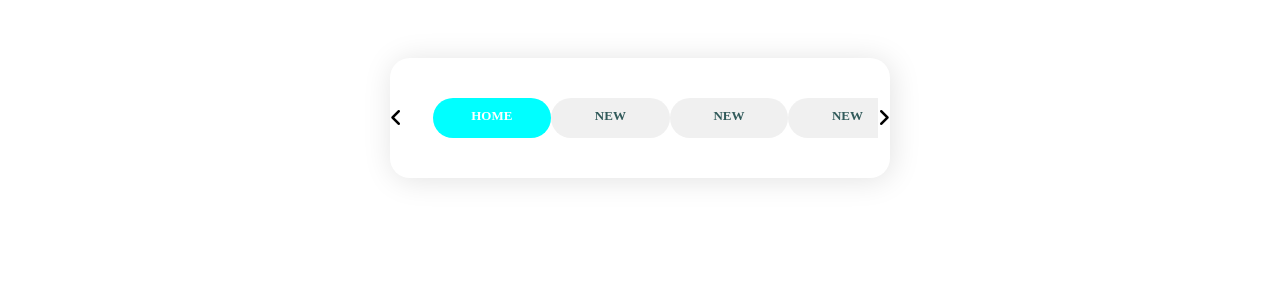
Repository: KHANHD192/JS_evondev
Page: eondev/tab_scroll/index.html
These files come from the project's save history. The page is drawn as it stood at one moment and after the next save; the edit follows.
The browser window is 1280 px wide. The pictures show the whole page.

Above is the page before, as saved 2023-05-30 21:23:53.

After the next save:
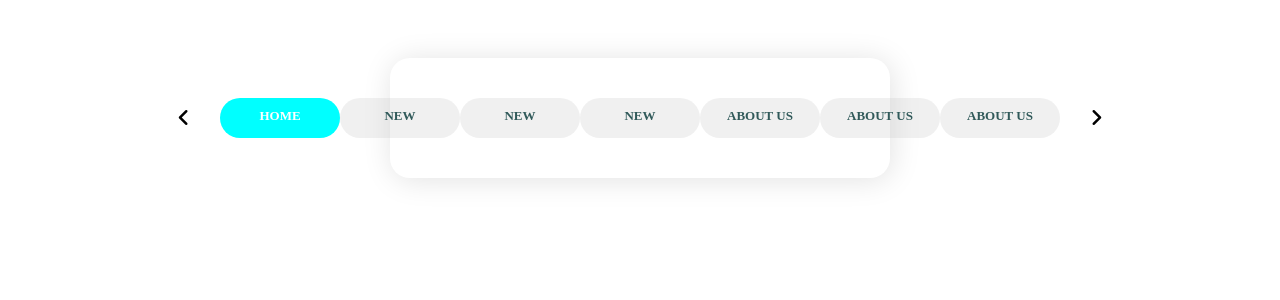
Saved 69 s later.
--- a/eondev/tab_scroll/index.html
+++ b/eondev/tab_scroll/index.html
@@ -42,7 +42,7 @@
         justify-content: center;
         align-items:center;
        }
-       .tab_list{
+       .list_content{
         width: 100%;
         margin-top: 2rem;
         overflow: auto;

After the save that followed:
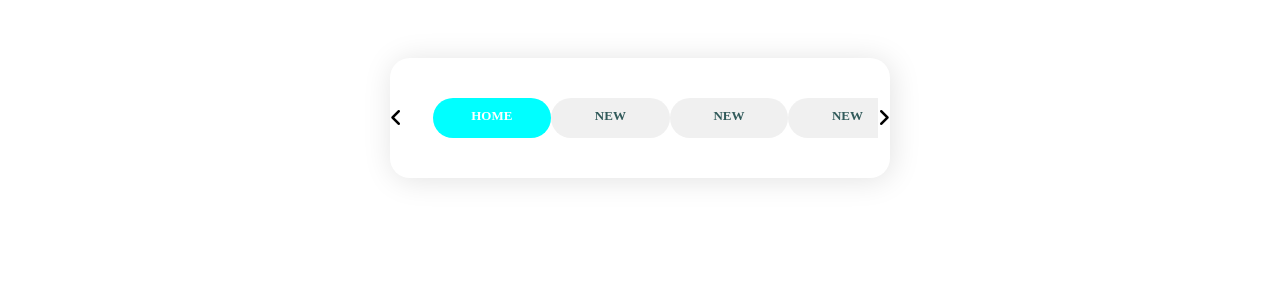
Saved 75 s later.
--- a/eondev/tab_scroll/index.html
+++ b/eondev/tab_scroll/index.html
@@ -42,7 +42,7 @@
         justify-content: center;
         align-items:center;
        }
-       .list_content{
+       .tab_list{
         width: 100%;
         margin-top: 2rem;
         overflow: auto;
@@ -52,7 +52,7 @@
        margin :auto;
        padding: 3rem;
        }
-       .list{
+       .list_content{
         display: flex;
         width: 200%;
         white-space: nowrap;
@@ -89,15 +89,13 @@
       <i class="fa-solid fa-angle-left"></i>
         <div class="tab_list">
            <div class="list_content">
-               <div class="list">
-                <div class="tab-item active">HOME</div>
-                <div class="tab-item ">NEW</div>
-                <div class="tab-item ">NEW</div>
-                <div class="tab-item ">NEW</div>
-                <div class="tab-item ">ABOUT US</div>
-                <div class="tab-item ">ABOUT US</div>
-                <div class="tab-item ">ABOUT US</div>
-               </div>
+            <div class="tab-item active">HOME</div>
+            <div class="tab-item ">NEW</div>
+            <div class="tab-item ">NEW</div>
+            <div class="tab-item ">NEW</div>
+            <div class="tab-item ">ABOUT US</div>
+            <div class="tab-item ">ABOUT US</div>
+            <div class="tab-item ">ABOUT US</div>
            </div>
           </div>
           <i class="fa-solid fa-angle-right"></i>
